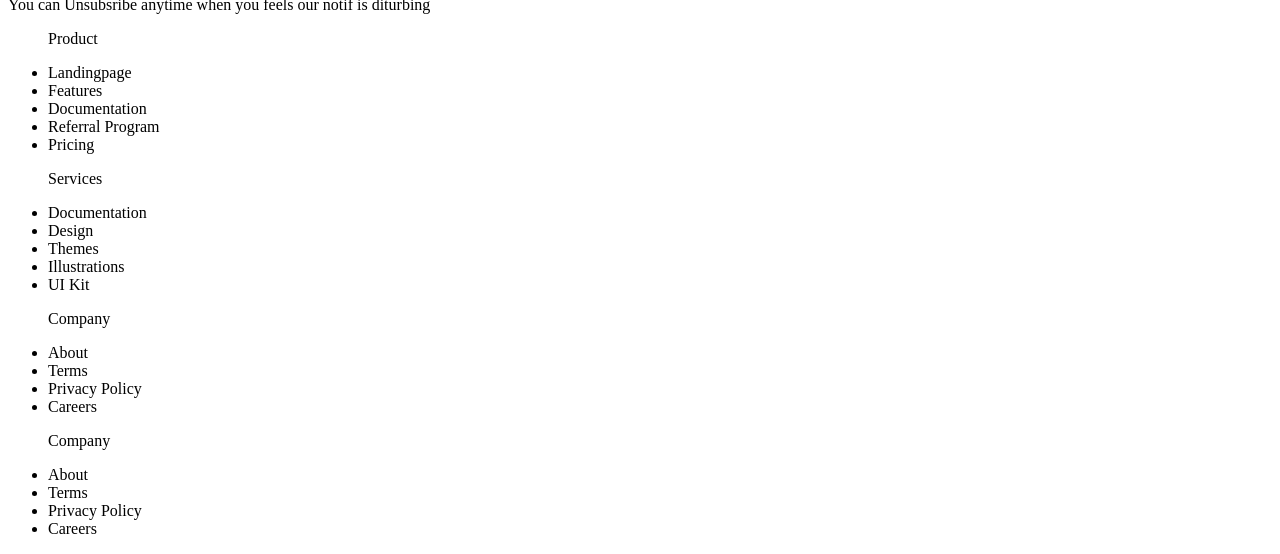
Repository: gustavoRichardt/prova-front
Page: index.html
The author's editor kept a copy of each file at every save. The page is drawn from the files as they stood at one save, then again after a run of saves.
The browser window is 1280 px wide. The pictures show the part of the page from y = 4727 to 5281 px (the page is 5281 px tall).
A picture or video elsewhere on the page could not be fetched, so the positions and the page height are approximate.

Above is the page before, as saved 2026-08-31 18:00:03.

### index.html
<!DOCTYPE html>
<html lang="en">
<head>
    <meta charset="UTF-8">
    <meta name="viewport" content="width=device-width, initial-scale=1.0">
    <title>Document</title>
</head>
<body>


    <header class="cabecalho">
        <img src="imagens/logo.svg" alt="Logo da EHYA.">
        <img src="imagens/menu-hamburguer.svg" alt="Menu hambúrguer.">
    </header>

    <section class="hero">

        <h1>Best Real Estate Advice for Your Homey</h1>
        <p>We give you thousand recommendations of Apartment,
           House also Hotel that can make your life become easier than before. Let’s search what you want below</p>

            <div class="bloco-pesquisa">

                <img src="imagens/lupa-pesquisa.svg" alt="Lupa de pesquisa.">
                <p>Search City, Adress, or Country</p>
                <button class="Search Now">Search Now</button>
            </div>

            <img src="imagens/casa-hero.png" alt="Casa moderna na cor branca.">
            <h3>Don’t worry to Fail. We have Experienced with Big Company’s</h3>

            <img src="imagens/logo-slack-netflix.svg" alt="Logo da Slack e da Netflix lado a lado.">
            <img src="imagens/logo-fitibit-google.svg" alt="Logo da Fitbit e do Google lado a lado.">
            <img src="imagens/logo-airbnb-uber.svg" alt="Logo da Airbnb e do Uber lado a lado.">
    </section>

            <div class="underline"></div>

    <section class="about-us">

        <div class="about-us-introducao">
            <h3>ABOUT US</h3>
            <h2>Buying or Rent Homey it’s Very Easy. Just like Click, Search & Find </h2>
            <img src="imagens/casa-about-us.svg" alt="Casa minimalista na cor branca.">
        </div>

        <h2>We live on Digital Era. We can help you in Our Expertise about Homey</h2>
        <p>Listing more than one? Enjoy full control over your advertisements, manage your entire space.
            Once you list a property on our platform, you only have to sit back and watch the world want it.</p>

        <p>If you’re looking for a real estate service that will operate as an extension to your family - stay with us and see!</p>

        <img src="imagens/player.svg" alt="Símbolo de um player azul
        (como aqueles para continuar um vídeo no Youtube enquanto o mesmo está pausado).">

        <h3>See How We Works</h3>
        <img src="imagens/seta.svg" alt="Símbolo de uma seta azul.">

        <img src="imagens/casa-verde-about-us.svg" alt="Foto de um prédio de madeira na cor verde.">
        <h2>Transparent Commission and Payment under Our Trusted License</h2>
        <p>When your Homey Sold, Buyed or Booked with New Guests. You may to have 50% Commission based on Budget Deals.
           So, Don’t Worry brother :)</p>

        <ul>
            <li>
                <img src="imagens/simbolo-check.svg" alt="Símbolo de check na cor verde.">
                <a>100% Trusted</a>
            </li>

            <li>
                <img src="imagens/simbolo-check.svg" alt="Símbolo de check na cor verde.">
                <a>Indomaret Support</a>
            </li>

            <li>
                <img src="imagens/simbolo-check.svg" alt="Símbolo de check na cor verde.">
                <a>LinkAja or Ovo. Bebas</a>
            </li>

            <li>
                <img src="imagens/simbolo-check.svg" alt="Símbolo de check na cor verde.">
                <a>Customer Support 24/7</a>
            </li>

            <li>
                <img src="imagens/simbolo-check.svg" alt="Símbolo de check na cor verde.">
                <a>Get paid quickly</a>
            </li>
        </ul>
    </section>

    <section class="how-us-work">

    <div class="how-us-work-introducao">

        <h2>Do you want to know, How Us Work?</h2>
        <p>Let me show you the flow of our work. We want to transparent to you.
            We believe, you must know what we work for you. We want to educate you what you face today.</p>
    </div>

    <div class="how-us-work-passo1">

        <img src="imagens/passo1-how-us-work.svg" alt="Pessoas em volta de um notebook pesquisando sobre um projeto.
        Com um card com o número 1 acima da imagem, simbolizando o primeiro passo.">

        <div class="marcador-titulo-passo1">
            <img src="imagens/marcador-amarelo.svg" alt="Marcador amarelo.">
            <h3>Research First</h3>
        </div>

        <p>First of all, we usually research first . We take research for know grassroot of problem from our client.</p>
    </div>

    <div class="how-us-work-passo2">

        <img src="imagens/passo2-how-us-work.svg" alt="Homem sentado em sua mesa de trabalho olhando para o horizonte em busca de soluções.
        Com um card com o número 2 acima da imagem, simbolizando o segundo passo.">

        <div class="marcador-titulo-passo2">
            <img src="imagens/marcador-amarelo.svg" alt="Marcador amarelo.">
            <h3>Wireframe Second</h3>
        </div>

        <p>The Second Flow, we move into wireframing process. It use to mapping the problem through find the solution</p>
    </div>

    <div class="how-us-work-passo3">

        <img src="imagens/passo3-how-us-work.svg" alt="Mulher comendo um doce, simbolizando a etapa final do processo.
         Com um card com o número 3 acima da imagem, simbolizando o terceiro passo.">

         <div class="marcador-titulo-passo3">
            <img src="imagens/marcador-amarelo.svg" alt="Marcador amarelo.">
            <h3>Execute for Last</h3>
         </div>

         <p>At last but not least. This is the last step is Execute. We execute the idea that we get from Wireframing process.</p>
    </div>

        <img src="imagens/casa-how-us-work.png" alt="Casa de madeira com dois andares na cor branca.">
        <p>We give you thousand recommendations of Apartment, House also Hotel that can make your life become easier than before.
             Let’s search what you want below. Cheerio guys.</p>

        <button class="about-us">About Us</button>

        <p>After we give you so so so much more recommendations.
            You can choose whatever you want based on your needs. Don’t forget to apply code for discount 50%. Just for today!</p>

        <button class="start-searching">Start Searching</button>
    </section>

    <section class="dany-olmo">

        <img src="imagens/dany-olmo.svg" alt="Foto de rosto de Dany Olmo, Cliente da Homey.">
        <p>“We purchased our property in Katoomba from Homey Real Estate about 7 years ago.
            Homey’s made the process so easy that when it came time to sell we knew immediately where to turn”</p>

        <h3>- Dany Olmo - Customer of Homey”</h3>
    </section>

    <section class="dados">

        <div class="dinheiro">

            <img src="imagens/dinheiro.svg" alt="Desenho de uma nota de dinheiro.">
            <h3>34M</h3>
            <p>Money In & Out</p>
        </div>

        <div class="total-hospedeiros">

            <img src="imagens/total-hospedeiros.svg" alt="Desenho de uma pessoa com um símbolo de chech do lado.">
            <h3>208K</h3>
            <p>Total Host of Homey</p>
        </div>

        <div class="novos-hospedeiros">

            <img src="imagens/novos-hospedeiros.svg" alt="Duas pessoas lado a lado.">
            <h3>31K</h3>
            <p>New hosts per month</p>
        </div>

        <div class="clientes-felizes">

            <img src="imagens/clientes-felizes.svg" alt="Desenho de uma carinha com um sorriso.">
        </div>
    </section>

    <section class="cadastre-se">

        <h2>Sign Up Now to see Newest Update about Real Estate</h2>
        <p>Just insert your email into the field below. You already can to know update about Real Estate from entire the world.
            What are you waiting for?</p>

        <button class="email">
            <p>Your email</p>
            <img src="imagens/email.svg" alt="Símbolo da caixa de entrada do email.">
        </button>

        <p>You can Unsubsribe anytime when you feels our notif is diturbing</p>
    </section>

    <footer class="rodape">

        <ul class="product">
            <p>Product</p>
            <li><a>Landingpage</a></li>
            <li><a>Features</a></li>
            <li><a>Documentation</a></li>
            <li><a>Referral Program</a></li>
            <li><a>Pricing</a></li>
        </ul>

        <ul class="services">
            <p>Services</p>
            <li><a>Documentation</a></li>
            <li><a>Design</a></li>
            <li><a>Themes</a></li>
            <li><a>Illustrations</a></li>
            <li><a>UI Kit</a></li>
        </ul>

        <ul class="company">
            <p>Company</p>
            <li><a>About</a></li>
            <li><a>Terms</a></li>
            <li><a>Privacy Policy</a></li>
            <li><a>Careers</a></li>
        </ul>

        <ul class="company">
            <p>Company</p>
            <li><a>About</a></li>
            <li><a>Terms</a></li>
            <li><a>Privacy Policy</a></li>
            <li><a>Careers</a></li>
        </ul>

    </footer>

</body>
</html>

### imagens/menu-hamburguer.svg
<svg width="24" height="24" viewBox="0 0 24 24" fill="none" xmlns="http://www.w3.org/2000/svg">
<path d="M21.9102 18.4971C22.5121 18.4972 23 18.9893 23 19.5967C23 20.2041 22.5121 20.6962 21.9102 20.6963H2.08984C1.48792 20.6962 1 20.2041 1 19.5967C1.00002 18.9893 1.48793 18.4972 2.08984 18.4971H21.9102ZM21.9102 10.748C22.5121 10.7482 23 11.2412 23 11.8486C22.9999 12.4559 22.512 12.9481 21.9102 12.9482H2.08984C1.48801 12.9481 1.00014 12.4559 1 11.8486C1 11.2412 1.48792 10.7482 2.08984 10.748H21.9102ZM21.9102 3C22.512 3.00013 22.9998 3.49236 23 4.09961C23 4.70704 22.5121 5.20006 21.9102 5.2002H2.08984C1.48792 5.20006 1 4.70704 1 4.09961C1.00021 3.49236 1.48805 3.00013 2.08984 3H21.9102Z" fill="#3A4C66"/>
</svg>

### imagens/lupa-pesquisa.svg
<svg width="19" height="19" viewBox="0 0 19 19" fill="none" xmlns="http://www.w3.org/2000/svg">
<path d="M17.7539 15.5742L14.2383 12.0586C14.0625 11.918 13.8516 11.8125 13.6406 11.8125H13.0781C14.0273 10.582 14.625 9.03516 14.625 7.3125C14.625 3.30469 11.3203 0 7.3125 0C3.26953 0 0 3.30469 0 7.3125C0 11.3555 3.26953 14.625 7.3125 14.625C9 14.625 10.5469 14.0625 11.8125 13.0781V13.6758C11.8125 13.8867 11.8828 14.0977 12.0586 14.2734L15.5391 17.7539C15.8906 18.1055 16.418 18.1055 16.7344 17.7539L17.7188 16.7695C18.0703 16.4531 18.0703 15.9258 17.7539 15.5742ZM7.3125 11.8125C4.81641 11.8125 2.8125 9.80859 2.8125 7.3125C2.8125 4.85156 4.81641 2.8125 7.3125 2.8125C9.77344 2.8125 11.8125 4.85156 11.8125 7.3125C11.8125 9.80859 9.77344 11.8125 7.3125 11.8125Z" fill="#5A7184"/>
</svg>

### imagens/player.svg
<svg width="37" height="37" viewBox="0 0 37 37" fill="none" xmlns="http://www.w3.org/2000/svg">
<g opacity="0.2">
<path fill-rule="evenodd" clip-rule="evenodd" d="M18.375 36.375C28.3161 36.375 36.375 28.3161 36.375 18.375C36.375 8.43387 28.3161 0.375 18.375 0.375C8.43387 0.375 0.375 8.43387 0.375 18.375C0.375 28.3161 8.43387 36.375 18.375 36.375Z" stroke="#1565D8" stroke-width="0.75"/>
</g>
<rect x="4.875" y="4.875" width="27" height="27" rx="13.5" fill="#1565D8"/>
<path d="M24.3438 18.5039C25.1914 19.0234 25.1914 20.2539 24.3438 20.7734L14.7188 26.4609C13.8438 26.9805 12.75 26.3516 12.75 25.3125V13.9375C12.75 12.8164 13.9258 12.3516 14.7188 12.8164L24.3438 18.5039Z" fill="white"/>
</svg>

### imagens/seta.svg
<svg width="13" height="13" viewBox="0 0 13 13" fill="none" xmlns="http://www.w3.org/2000/svg">
<path d="M5.19531 0.847656L5.79688 0.246094C6.07031 0 6.48047 0 6.72656 0.246094L12.0586 5.55078C12.3047 5.82422 12.3047 6.23438 12.0586 6.48047L6.72656 11.8125C6.48047 12.0586 6.07031 12.0586 5.79688 11.8125L5.19531 11.2109C4.94922 10.9375 4.94922 10.5273 5.19531 10.2539L8.50391 7.10938H0.65625C0.273438 7.10938 0 6.83594 0 6.45312V5.57812C0 5.22266 0.273438 4.92188 0.65625 4.92188H8.50391L5.19531 1.80469C4.94922 1.53125 4.92188 1.12109 5.19531 0.847656Z" fill="#1565D8"/>
</svg>

### imagens/simbolo-check.svg
<svg width="15" height="12" viewBox="0 0 15 12" fill="none" xmlns="http://www.w3.org/2000/svg">
<g id="Icon">
<path id="Icon_2" d="M5.09764 10.957L0.205078 6.09374C0.0683591 5.95702 0 5.78124 0 5.56639C0 5.35155 0.0683591 5.17577 0.205078 5.03905L1.28906 3.98437C1.42578 3.82812 1.59668 3.75 1.80175 3.75C2.00683 3.75 2.1875 3.82812 2.34374 3.98437L5.62499 7.26561L12.6562 0.234374C12.8125 0.078125 12.9931 0 13.1982 0C13.4033 0 13.5742 0.078125 13.7109 0.234374L14.7949 1.28906C14.9316 1.42578 15 1.60156 15 1.8164C15 2.03125 14.9316 2.20703 14.7949 2.34374L6.15233 10.957C6.01561 11.1133 5.83983 11.1914 5.62499 11.1914C5.41014 11.1914 5.23436 11.1133 5.09764 10.957Z" fill="#36B37E"/>
</g>
</svg>

### imagens/marcador-amarelo.svg
<svg width="4" height="20" viewBox="0 0 4 20" fill="none" xmlns="http://www.w3.org/2000/svg">
<rect width="4" height="20" rx="1" fill="#FAAD13"/>
</svg>

### imagens/passo2-how-us-work.svg
<svg width="280" height="218" viewBox="0 0 280 218" fill="none" xmlns="http://www.w3.org/2000/svg" xmlns:xlink="http://www.w3.org/1999/xlink">
<rect y="18" width="280" height="200" rx="8" fill="url(#pattern0_0_1)"/>
<g clip-path="url(#clip0_0_1)">
<rect x="228" width="36" height="36" rx="6" fill="#1565D8"/>
<path d="M240.452 23.652L246.143 17.772C246.493 17.422 246.773 17.1 246.983 16.806C247.193 16.512 247.347 16.239 247.445 15.987C247.543 15.721 247.592 15.455 247.592 15.189C247.592 14.615 247.403 14.167 247.025 13.845C246.661 13.509 246.178 13.341 245.576 13.341C244.988 13.341 244.456 13.502 243.98 13.824C243.518 14.132 243.07 14.643 242.636 15.357L240.431 13.446C241.019 12.452 241.768 11.703 242.678 11.199C243.588 10.695 244.631 10.443 245.807 10.443C246.829 10.443 247.711 10.632 248.453 11.01C249.209 11.388 249.79 11.927 250.196 12.627C250.616 13.327 250.826 14.146 250.826 15.084C250.826 15.672 250.749 16.218 250.595 16.722C250.441 17.212 250.189 17.702 249.839 18.192C249.503 18.668 249.048 19.193 248.474 19.767L244.526 23.694L240.452 23.652ZM240.452 25.5V23.652L243.245 22.686H251.12V25.5H240.452Z" fill="white"/>
</g>
<defs>
<pattern id="pattern0_0_1" patternContentUnits="objectBoundingBox" width="1" height="1">
<use xlink:href="#image0_0_1" transform="matrix(0.00106929 0 0 0.00149701 -0.034645 0)"/>
</pattern>
<clipPath id="clip0_0_1">
<rect width="36" height="36" fill="white" transform="translate(228)"/>
</clipPath>
<image id="image0_0_1" width="1000" height="668" preserveAspectRatio="none" xlink:href="data:[embedded picture, 444770 characters]"/>
</defs>
</svg>

### imagens/passo3-how-us-work.svg
<svg width="280" height="218" viewBox="0 0 280 218" fill="none" xmlns="http://www.w3.org/2000/svg" xmlns:xlink="http://www.w3.org/1999/xlink">
<rect y="18" width="280" height="200" rx="8" fill="url(#pattern0_0_1)"/>
<g clip-path="url(#clip0_0_1)">
<rect x="228" width="36" height="36" rx="6" fill="#1565D8"/>
<path d="M245.323 25.731C244.301 25.731 243.363 25.556 242.509 25.206C241.655 24.842 240.934 24.324 240.346 23.652L242.467 21.531C242.733 21.923 243.118 22.245 243.622 22.497C244.14 22.735 244.686 22.854 245.26 22.854C245.778 22.854 246.226 22.763 246.604 22.581C246.982 22.399 247.276 22.14 247.486 21.804C247.71 21.468 247.822 21.069 247.822 20.607C247.822 20.145 247.71 19.753 247.486 19.431C247.276 19.095 246.961 18.836 246.541 18.654C246.135 18.472 245.645 18.381 245.071 18.381C244.805 18.381 244.525 18.402 244.231 18.444C243.951 18.472 243.713 18.521 243.517 18.591L244.966 16.764C245.358 16.652 245.729 16.561 246.079 16.491C246.443 16.407 246.779 16.365 247.087 16.365C247.843 16.365 248.522 16.547 249.124 16.911C249.726 17.261 250.202 17.765 250.552 18.423C250.916 19.067 251.098 19.837 251.098 20.733C251.098 21.713 250.853 22.581 250.363 23.337C249.887 24.093 249.215 24.681 248.347 25.101C247.493 25.521 246.485 25.731 245.323 25.731ZM243.517 18.591V16.764L247.129 12.522L250.825 12.501L247.066 16.785L243.517 18.591ZM241.27 13.467V10.674H250.825V12.501L248.242 13.467H241.27Z" fill="white"/>
</g>
<defs>
<pattern id="pattern0_0_1" patternContentUnits="objectBoundingBox" width="1" height="1">
<use xlink:href="#image0_0_1" transform="matrix(0.000952381 0 0 0.00133333 -0.0352381 0)"/>
</pattern>
<clipPath id="clip0_0_1">
<rect width="36" height="36" fill="white" transform="translate(228)"/>
</clipPath>
<image id="image0_0_1" width="1124" height="750" preserveAspectRatio="none" xlink:href="data:[embedded picture, 571446 characters]"/>
</defs>
</svg>

### imagens/dany-olmo.svg
<svg width="144" height="208" viewBox="0 0 144 208" fill="none" xmlns="http://www.w3.org/2000/svg" xmlns:xlink="http://www.w3.org/1999/xlink">
<rect width="144" height="208" rx="66.96" fill="url(#pattern0_1_19372)"/>
<mask id="mask0_1_19372" style="mask-type:luminance" maskUnits="userSpaceOnUse" x="0" y="0" width="144" height="208">
<rect width="144" height="208" rx="66.96" fill="white"/>
</mask>
<g mask="url(#mask0_1_19372)">
</g>
<defs>
<pattern id="pattern0_1_19372" patternContentUnits="objectBoundingBox" width="1" height="1">
<use xlink:href="#image0_1_19372" transform="matrix(0.00240741 0 0 0.00166667 -0.222222 0)"/>
</pattern>
<image id="image0_1_19372" width="600" height="600" preserveAspectRatio="none" xlink:href="data:[embedded picture, 534890 characters]"/>
</defs>
</svg>

### imagens/dinheiro.svg
<svg width="48" height="48" viewBox="0 0 48 48" fill="none" xmlns="http://www.w3.org/2000/svg">
<rect opacity="0.1" width="48" height="48" rx="24" fill="#1565D8"/>
<path d="M32.7305 19.2539C33.0312 19.3906 33.25 19.7188 33.25 20.0469V28.7422C33.25 29.2344 32.8125 29.5898 32.3477 29.5898C32.2656 29.5898 32.1562 29.5898 32.0742 29.5625C31.2266 29.2891 30.3789 29.1797 29.5312 29.1797C26.168 29.1797 22.8047 30.875 19.4414 30.875C18.375 30.875 17.3086 30.7109 16.2422 30.2734C15.9414 30.1367 15.75 29.8086 15.75 29.4805V20.7852C15.75 20.293 16.1602 19.9102 16.625 19.9102C16.707 19.9102 16.8164 19.9375 16.8984 19.9648C17.7461 20.2383 18.5938 20.3477 19.4414 20.3477C22.8047 20.3477 26.168 18.625 29.5312 18.625C30.5977 18.625 31.6641 18.8164 32.7305 19.2539ZM24.5 27.375C25.7031 27.375 26.6875 26.2266 26.6875 24.75C26.6875 23.3008 25.7031 22.125 24.5 22.125C23.2695 22.125 22.3125 23.3008 22.3125 24.75C22.3125 26.2266 23.2695 27.375 24.5 27.375Z" fill="#1565D8"/>
</svg>

### imagens/total-hospedeiros.svg
<svg width="48" height="48" viewBox="0 0 48 48" fill="none" xmlns="http://www.w3.org/2000/svg">
<rect opacity="0.1" width="48" height="48" rx="24" fill="#1565D8"/>
<path d="M21.875 24.75C19.9336 24.75 18.375 23.1914 18.375 21.25C18.375 19.3359 19.9336 17.75 21.875 17.75C23.7891 17.75 25.375 19.3359 25.375 21.25C25.375 23.1914 23.7891 24.75 21.875 24.75ZM24.3086 25.625C26.332 25.625 28 27.293 28 29.3164V30.4375C28 31.1758 27.3984 31.75 26.6875 31.75H17.0625C16.3242 31.75 15.75 31.1758 15.75 30.4375V29.3164C15.75 27.293 17.3906 25.625 19.4141 25.625H19.8789C20.4805 25.9258 21.1641 26.0625 21.875 26.0625C22.5859 26.0625 23.2422 25.9258 23.8438 25.625H24.3086ZM33.1406 22.125C33.2773 22.2617 33.2773 22.4531 33.1406 22.5898L29.2852 26.418C29.1484 26.5547 28.957 26.5547 28.8203 26.418L26.5781 24.1758C26.4688 24.0391 26.4688 23.8203 26.5781 23.7109L27.3438 22.9453C27.4805 22.8086 27.6992 22.8086 27.8086 22.9453L29.0664 24.2031L31.9375 21.3594C32.0469 21.2227 32.2656 21.2227 32.375 21.3594L33.1406 22.125Z" fill="#1565D8"/>
</svg>

### imagens/novos-hospedeiros.svg
<svg width="48" height="48" viewBox="0 0 48 48" fill="none" xmlns="http://www.w3.org/2000/svg">
<rect opacity="0.1" width="48" height="48" rx="24" fill="#1565D8"/>
<path d="M21 24.75C19.3047 24.75 17.9375 23.3828 17.9375 21.6875C17.9375 20.0195 19.3047 18.625 21 18.625C22.668 18.625 24.0625 20.0195 24.0625 21.6875C24.0625 23.3828 22.668 24.75 21 24.75ZM23.0781 25.625C24.8281 25.625 26.25 27.0469 26.25 28.7969V29.5625C26.25 30.3008 25.6484 30.875 24.9375 30.875H17.0625C16.3242 30.875 15.75 30.3008 15.75 29.5625V28.7969C15.75 27.0469 17.1445 25.625 18.8945 25.625H19.1133C19.6875 25.8984 20.3164 26.0625 21 26.0625C21.6562 26.0625 22.2852 25.8984 22.8594 25.625H23.0781ZM28.875 24.75C27.4258 24.75 26.25 23.5742 26.25 22.125C26.25 20.6758 27.4258 19.5 28.875 19.5C30.3242 19.5 31.5 20.6758 31.5 22.125C31.5 23.5742 30.3242 24.75 28.875 24.75ZM30.1875 25.625C31.8555 25.625 33.25 27.0195 33.25 28.6875C33.25 29.4258 32.6484 30 31.9375 30H27.0977C27.0977 29.9453 27.125 29.8906 27.125 29.8359V28.7969C27.125 27.7305 26.6875 26.7734 26.0312 26.0625C26.4688 25.7891 26.9883 25.625 27.5625 25.625H27.6445C28.0273 25.7617 28.4375 25.8438 28.875 25.8438C29.2852 25.8438 29.6953 25.7617 30.0781 25.625H30.1875Z" fill="#1565D8"/>
</svg>

### imagens/clientes-felizes.svg
<svg width="48" height="48" viewBox="0 0 48 48" fill="none" xmlns="http://www.w3.org/2000/svg">
<rect opacity="0.1" width="48" height="48" rx="24" fill="#1565D8"/>
<path d="M24.5 17.9688C28.2461 17.9688 31.2812 21.0039 31.2812 24.75C31.2812 28.4961 28.2461 31.5312 24.5 31.5312C20.7539 31.5312 17.7188 28.4961 17.7188 24.75C17.7188 21.0039 20.7539 17.9688 24.5 17.9688ZM26.2227 21.4961C25.8945 22.0156 25.8125 22.5078 25.8125 23C25.8125 23.5195 25.8945 24.0117 26.2227 24.5312C26.4414 24.832 26.9062 24.832 27.125 24.5312C27.4531 24.0117 27.5352 23.5195 27.5625 23C27.5352 22.5078 27.4531 22.0156 27.125 21.4961C26.9062 21.168 26.4414 21.1953 26.2227 21.4961ZM21.8477 21.4961C21.5195 22.0156 21.4375 22.5078 21.4375 23C21.4375 23.5195 21.5195 24.0117 21.8477 24.5312C22.0664 24.832 22.5312 24.832 22.75 24.5312C23.0781 24.0117 23.1602 23.5195 23.1875 23C23.1602 22.5078 23.0781 22.0156 22.75 21.4961C22.5312 21.168 22.0664 21.1953 21.8477 21.4961ZM24.5 29.5625C26.1406 29.5625 28.1641 28.5234 28.4102 27.0195C28.4648 26.6914 28.1641 26.4453 27.8633 26.5273C27.0156 26.8008 25.8125 26.9375 24.5 26.9375C23.1875 26.9375 21.957 26.8008 21.1094 26.5273C20.8086 26.4453 20.5078 26.6914 20.5625 27.0195C20.8086 28.5234 22.832 29.5625 24.5 29.5625Z" fill="#1565D8"/>
</svg>

Loaded but not shown: imagens/logo-fitibit-google.svg (19 lines, source omitted); imagens/logo-airbnb-uber.svg (7 lines, source omitted); imagens/logo-slack-netflix.svg (16 lines, source omitted); imagens/logo.svg (10 lines, source omitted)

After the next 4 saves:
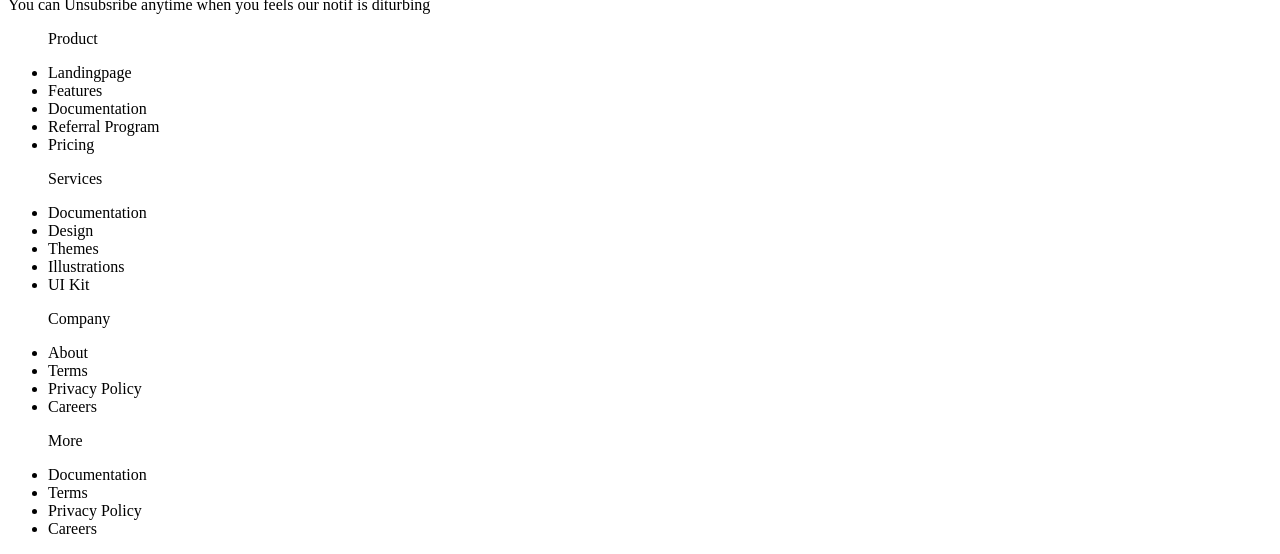
The 4 saves are shown as one change because they came seconds apart.
The last was saved 13 s later.
--- a/index.html
+++ b/index.html
@@ -229,9 +229,9 @@
             <li><a>Careers</a></li>
         </ul>
 
-        <ul class="company">
-            <p>Company</p>
-            <li><a>About</a></li>
+        <ul class="more">
+            <p>More</p>
+            <li><a>Documentation</a></li>
             <li><a>Terms</a></li>
             <li><a>Privacy Policy</a></li>
             <li><a>Careers</a></li>
